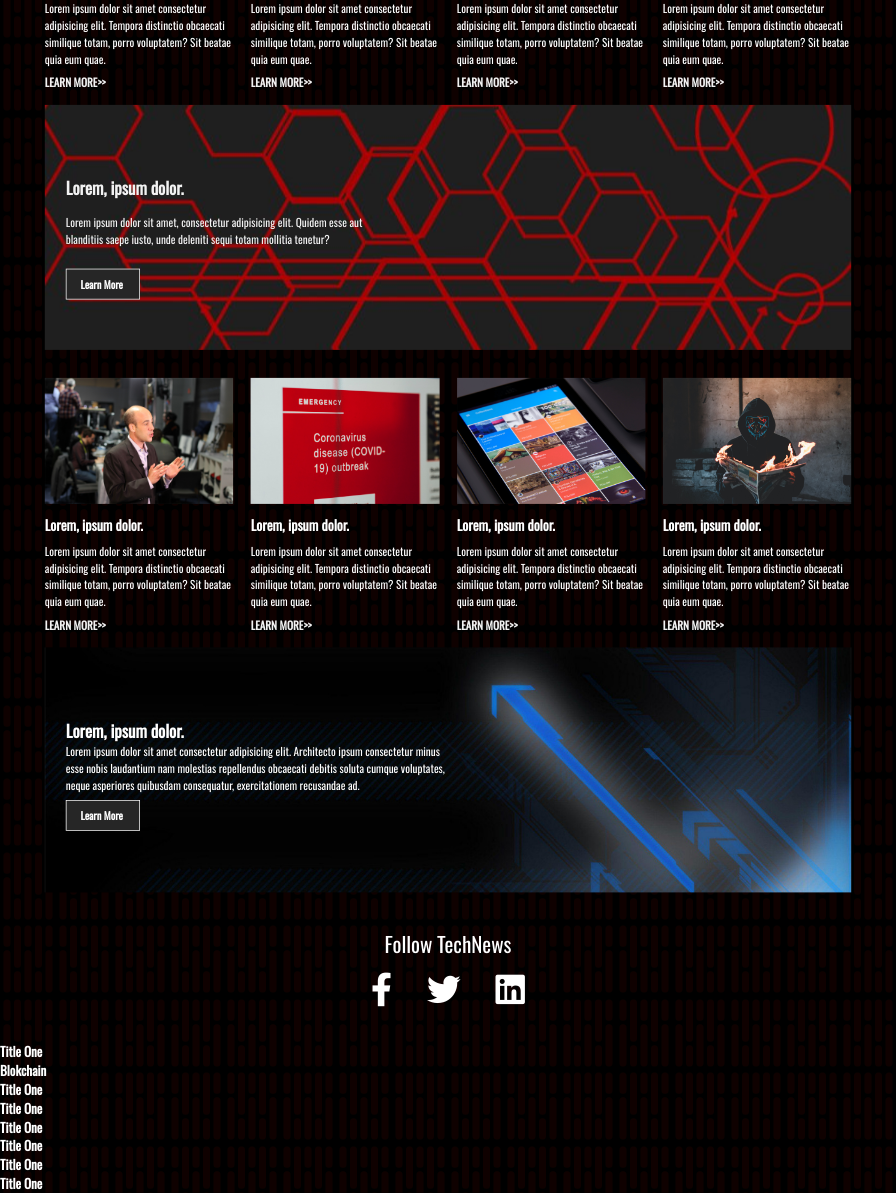
Repository: NickArregoces/News_Web
Page: index.html
These files come from the project's save history. The page is drawn as it stood at one moment and after a run of saves; the edit follows.
The browser window is 1280 px wide. The pictures show the part of the page from y = 887 to 2807 px (the page is 2591 px tall before and 2807 px after), at 70% of full size.

Above is the page before, as saved 2021-12-24 20:14:12.

After the next 3 saves:
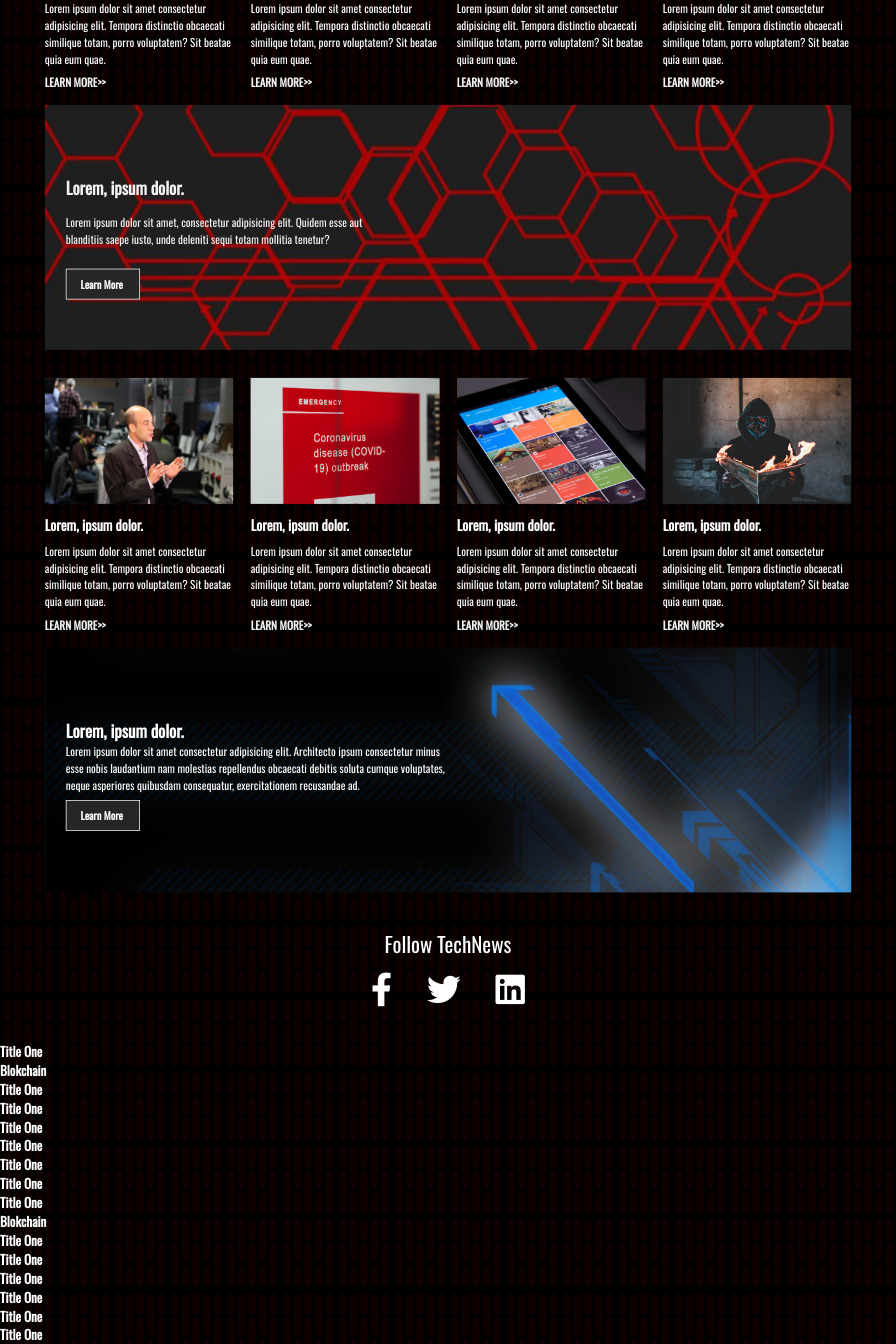
The 3 saves are shown as one change because they came seconds apart.
The last was saved 26 s later.
--- a/index.html
+++ b/index.html
@@ -207,6 +207,51 @@
                     </a>
                 </li>
             </ul>
+
+            <ul>
+                <li>
+                    <a href="#">
+                        <h3>Title One</h3>
+                    </a>
+                </li>
+                <li>
+                    <a href="#">
+                        <h3>Blokchain</h3>
+                    </a>
+                </li>
+                <li>
+                    <a href="#">
+                        <h3>Title One</h3>
+                    </a>
+                </li>
+                <li>
+                    <a href="#">
+                        <h3>Title One</h3>
+                    </a>
+                </li>
+                <li>
+                    <a href="#">
+                        <h3>Title One</h3>
+                    </a>
+                </li>
+                <li>
+                    <a href="#">
+                        <h3>Title One</h3>
+                    </a>
+                </li>
+                <li>
+                    <a href="#">
+                        <h3>Title One</h3>
+                    </a>
+                </li>
+                <li>
+                    <a href="#">
+                        <h3>Title One</h3>
+                    </a>
+                </li>
+            </ul>
+
+
         </div>
     </div>
 
